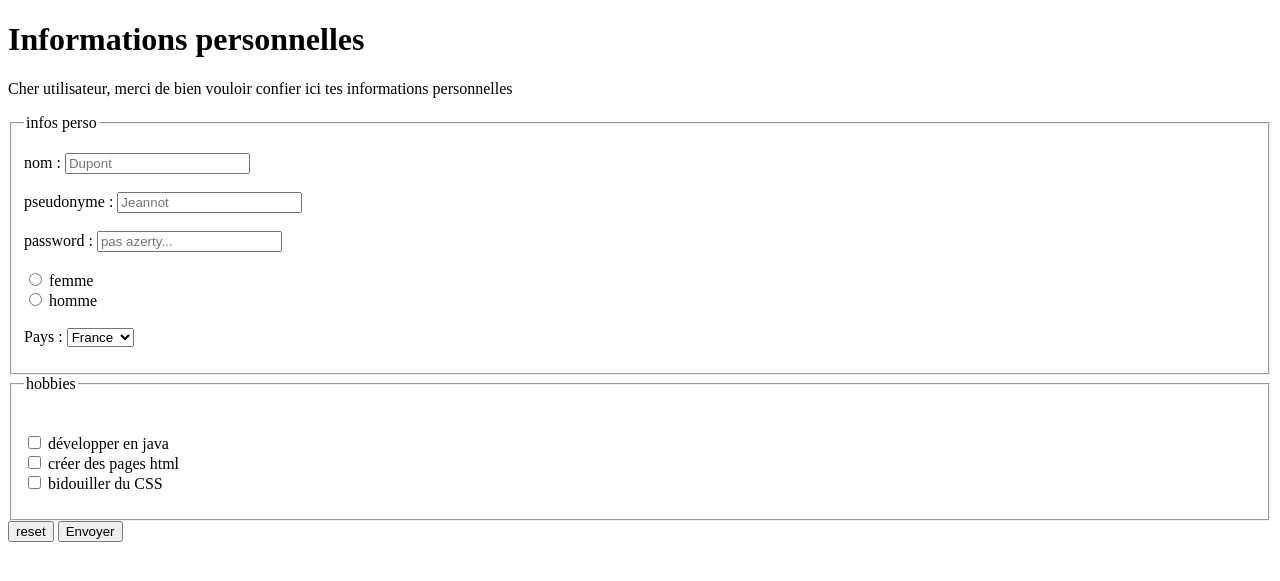
Repository: FabiendeBelleville/test
Page: GTM-eclipse-workspace-Fabien_Drouin/fabienFormulaire/WebContent/formulaire.html
The author's editor kept a copy of each file at every save. The page is drawn from the files as they stood at one save, then again after the next save.
The browser window is 1280 px wide. The pictures show the whole page.

Above is the page before, as saved 2018-10-01 14:16:25.

After the next save:
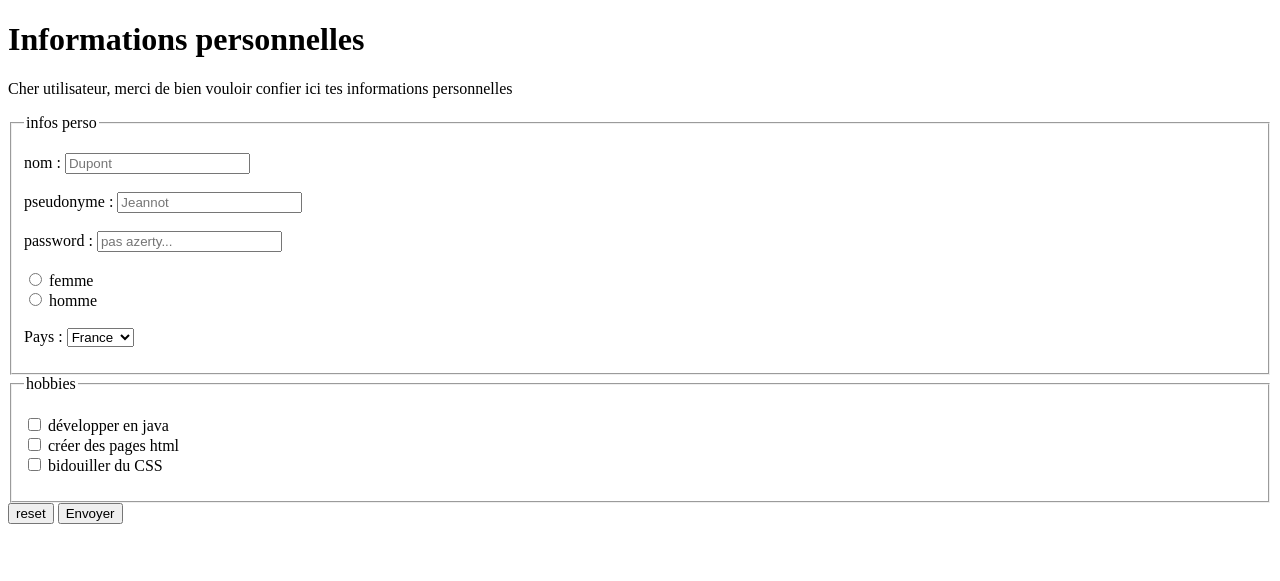
Saved 12 s later.
--- a/GTM-eclipse-workspace-Fabien_Drouin/fabienFormulaire/WebContent/formulaire.html
+++ b/GTM-eclipse-workspace-Fabien_Drouin/fabienFormulaire/WebContent/formulaire.html
@@ -49,7 +49,7 @@
 
 
 			<p>
-				<br /> <input type="checkbox" name="java" id="java" /> <label
+				 <input type="checkbox" name="java" id="java" /> <label
 					for="java">développer en java</label><br /> <input type="checkbox"
 					name="html" id="html" /> <label for="html">créer des pages
 					html</label><br /> <input type="checkbox" name="CSS" id="CSS" /> <label
